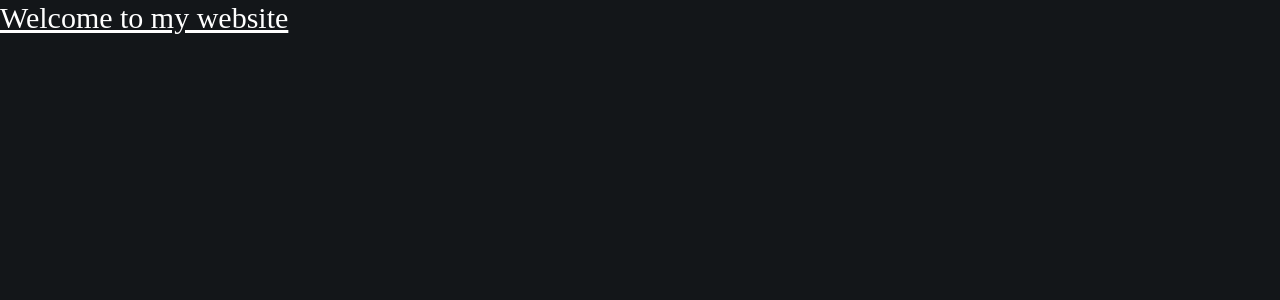
Repository: Strong02coder/medinav_healthcare_webapp
Page: /
These files come from the project's save history. The page is drawn as it stood at one moment and after a run of saves; the edit follows.
The browser window is 1280 px wide. The pictures show the whole page.
The project was rebuilt for these pictures with package versions that can differ from the ones it lists, and the page was loaded fresh each time. The framework's server and built-in components were replaced by stand-ins that run in the browser. Also part of the build but not shown: next.config.mjs.

Above is the page before, as saved 2024-08-08 23:07:13.

After the next 2 saves:
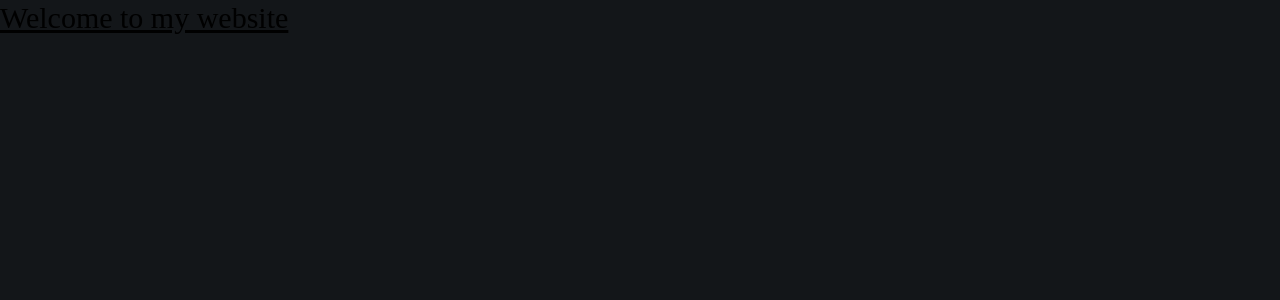
The 2 saves are shown as one change because they came seconds apart.
The last was saved 12 min 35 s later.
--- a/app/page.tsx
+++ b/app/page.tsx
@@ -1,7 +1,7 @@
 export default function Home() {
   return (
     <div>
-      <h1 className="text-white  text-3xl underline">Welcome to my website</h1>
+      <h1 className=" text-3xl underline">Welcome to my website</h1>
     </div>
   )
 }

After the 6 saves that followed:
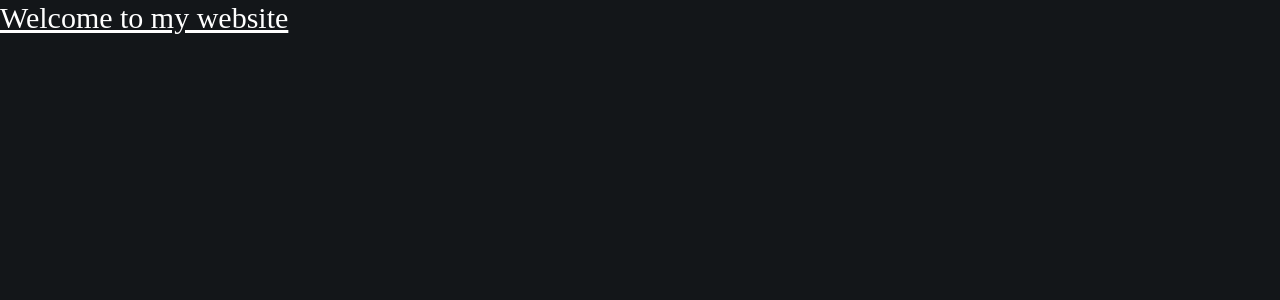
The 6 saves are shown as one change because 1 left the picture as it was and some came seconds apart.
The last was saved 21 s later.
--- a/app/page.tsx
+++ b/app/page.tsx
@@ -1,7 +1,7 @@
 export default function Home() {
   return (
     <div>
-      <h1 className=" text-3xl underline">Welcome to my website</h1>
+      <h1 className="text-3xl text-white underline">Welcome to my website</h1>
     </div>
   )
 }
